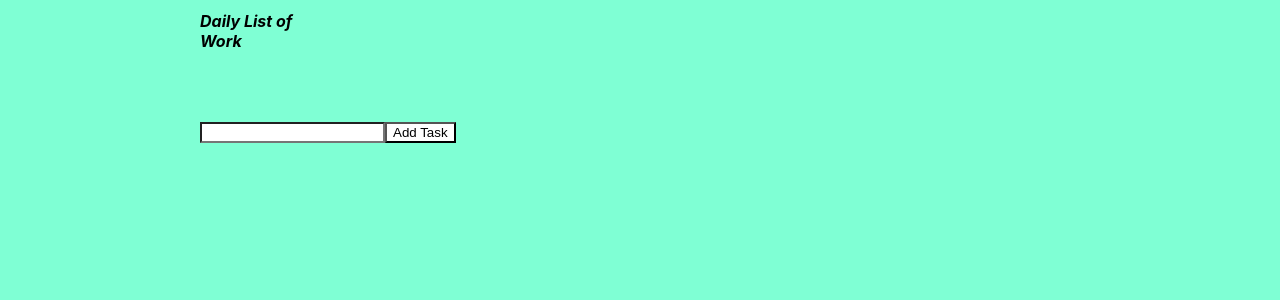
Repository: iamjayenmthakuri/todolist
Page: /
These files come from the project's save history. The page is drawn as it stood at one moment and after the next save; the edit follows.
The browser window is 1280 px wide. The pictures show the whole page.
The project was rebuilt for these pictures with package versions that can differ from the ones it lists, and the page was loaded fresh each time.

Above is the page before, as saved 2022-09-19 10:26:32.

After the next save:
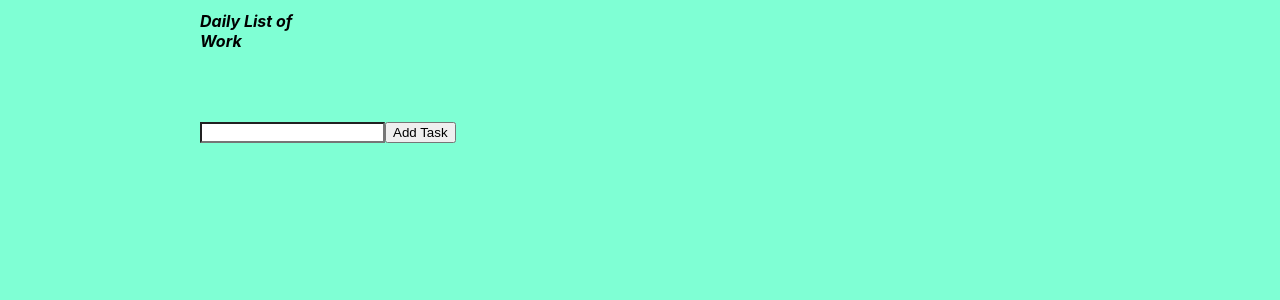
Saved 26 s later.
--- a/src/App.css
+++ b/src/App.css
@@ -24,7 +24,7 @@ body{
   transform: translate(200px);
 }
 .button{
-  background-color: white;
+  background-color:crimson
   height: max-content;
   width: max-content;
   transform: translate(200px);
